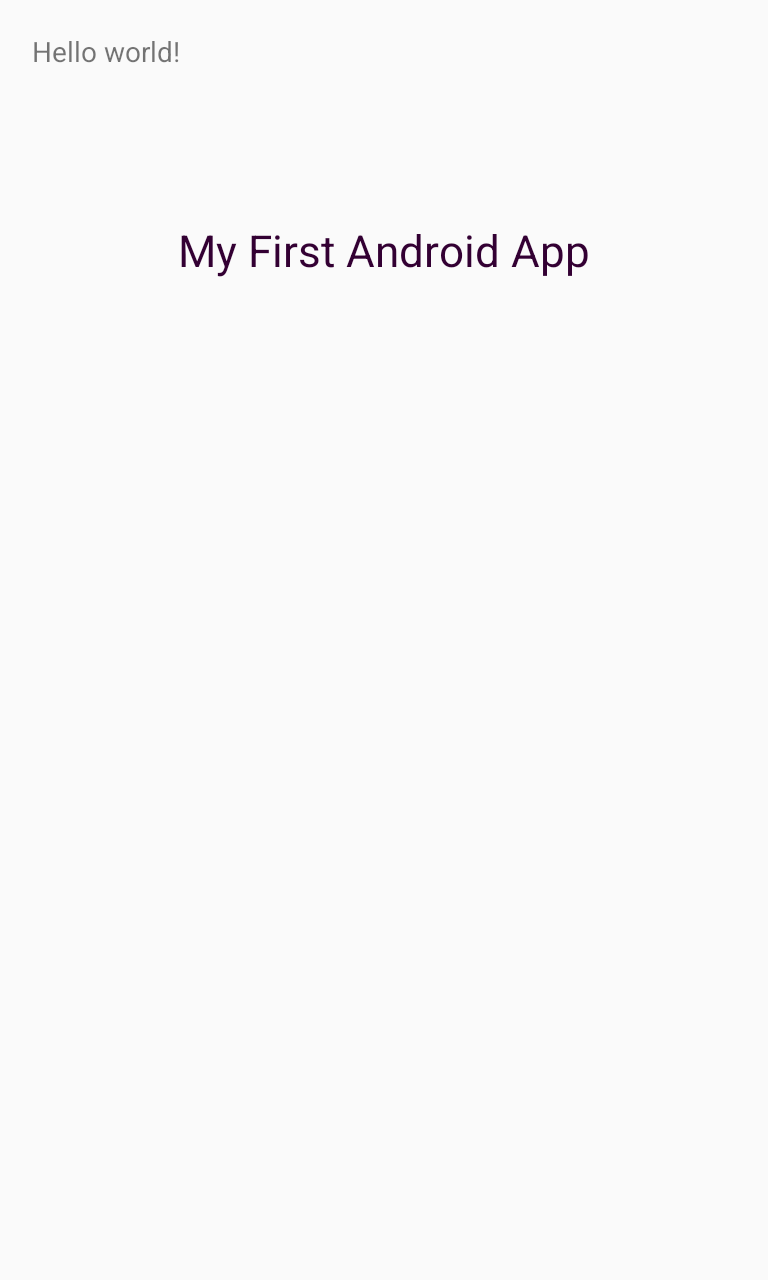
Repository: dev-sean/kosta
Layout: workspace/and1007_start/res/layout/activity_main.xml
These files come from the project's save history. The layout is drawn as it stood at one moment and after the next save; the edit follows.
It is drawn on a 768 x 1280 px phone screen (xhdpi) without system bars, with theme AppTheme; the app's code is not run.

Above is the layout before, as saved 2014-10-07 08:19:23.

### workspace/and1007_start/res/layout/activity_main.xml
<RelativeLayout xmlns:android="http://schemas.android.com/apk/res/android"
    xmlns:tools="http://schemas.android.com/tools"
    android:layout_width="match_parent"
    android:layout_height="match_parent"
    android:paddingBottom="@dimen/activity_vertical_margin"
    android:paddingLeft="@dimen/activity_horizontal_margin"
    android:paddingRight="@dimen/activity_horizontal_margin"
    android:paddingTop="@dimen/activity_vertical_margin"
    tools:context="kr.or.kosta.and1007_start.MainActivity" >

    <TextView
        android:id="@+id/textView2"
        android:layout_width="wrap_content"
        android:layout_height="wrap_content"
        android:text="@string/hello_world" />

    <TextView
        android:id="@+id/textView1"
        android:layout_width="wrap_content"
        android:layout_height="wrap_content"
        android:layout_below="@+id/textView2"
        android:layout_centerHorizontal="true"
        android:layout_marginTop="75dp"
        android:text="@string/Hello_text"
        android:textAppearance="?android:attr/textAppearanceLarge"
        android:textColor="#330033"
        />

</RelativeLayout>

### workspace/and1007_start/res/values/strings.xml
<?xml version="1.0" encoding="utf-8"?>
<resources>

    <string name="app_name">and1007_start</string>
    <string name="hello_world">Hello world!</string>
    <string name="action_settings">Settings</string>
    <string name="Hello_text">My First Android App</string>

</resources>

Loaded but not shown: workspace/and1007_start/res/values/styles.xml (common file); workspace/and1007_start/res/values-v11/styles.xml (common file); workspace/and1007_start/res/values-v14/styles.xml (common file); workspace/and1007_start/res/values/dimens.xml (common file); workspace/and1007_start/res/values-w820dp/dimens.xml (common file)

After the next save:
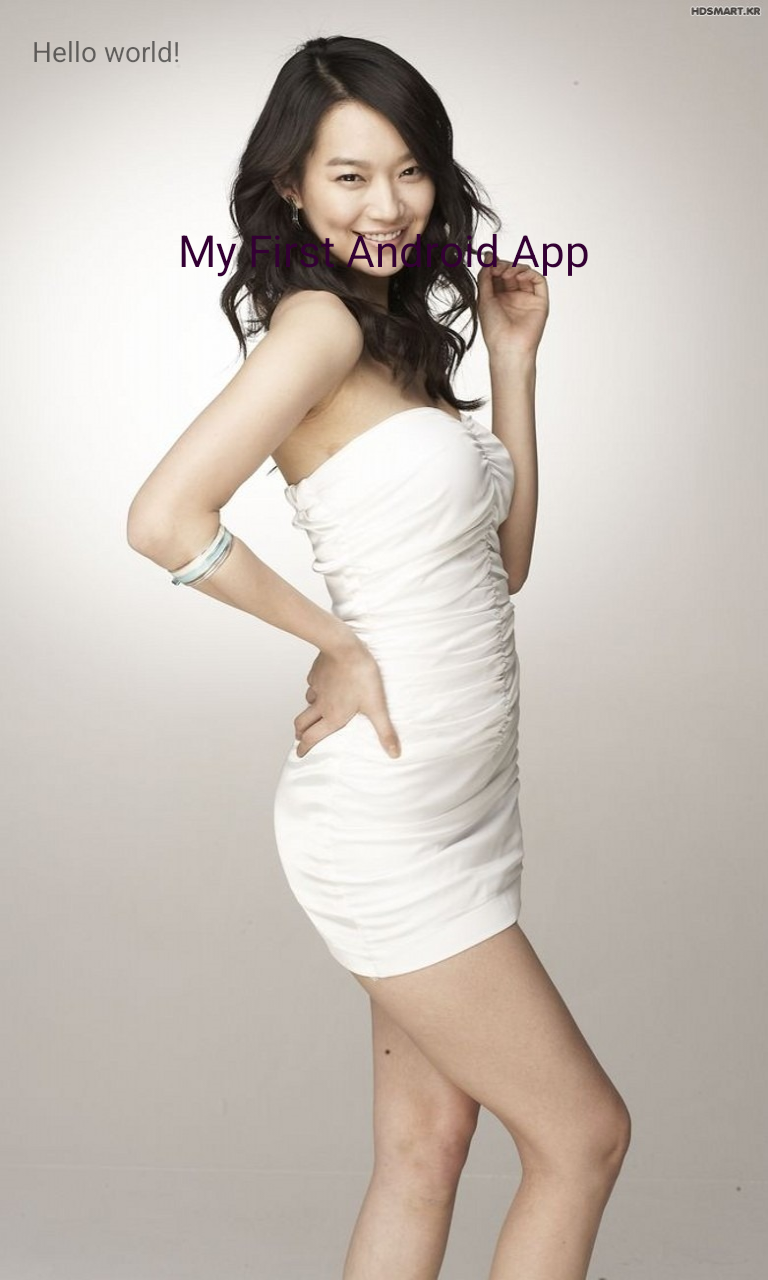
Saved 11 min 56 s later.
--- a/workspace/and1007_start/res/layout/activity_main.xml
+++ b/workspace/and1007_start/res/layout/activity_main.xml
@@ -2,6 +2,7 @@
     xmlns:tools="http://schemas.android.com/tools"
     android:layout_width="match_parent"
     android:layout_height="match_parent"
+    android:background="@drawable/sin"
     android:paddingBottom="@dimen/activity_vertical_margin"
     android:paddingLeft="@dimen/activity_horizontal_margin"
     android:paddingRight="@dimen/activity_horizontal_margin"
